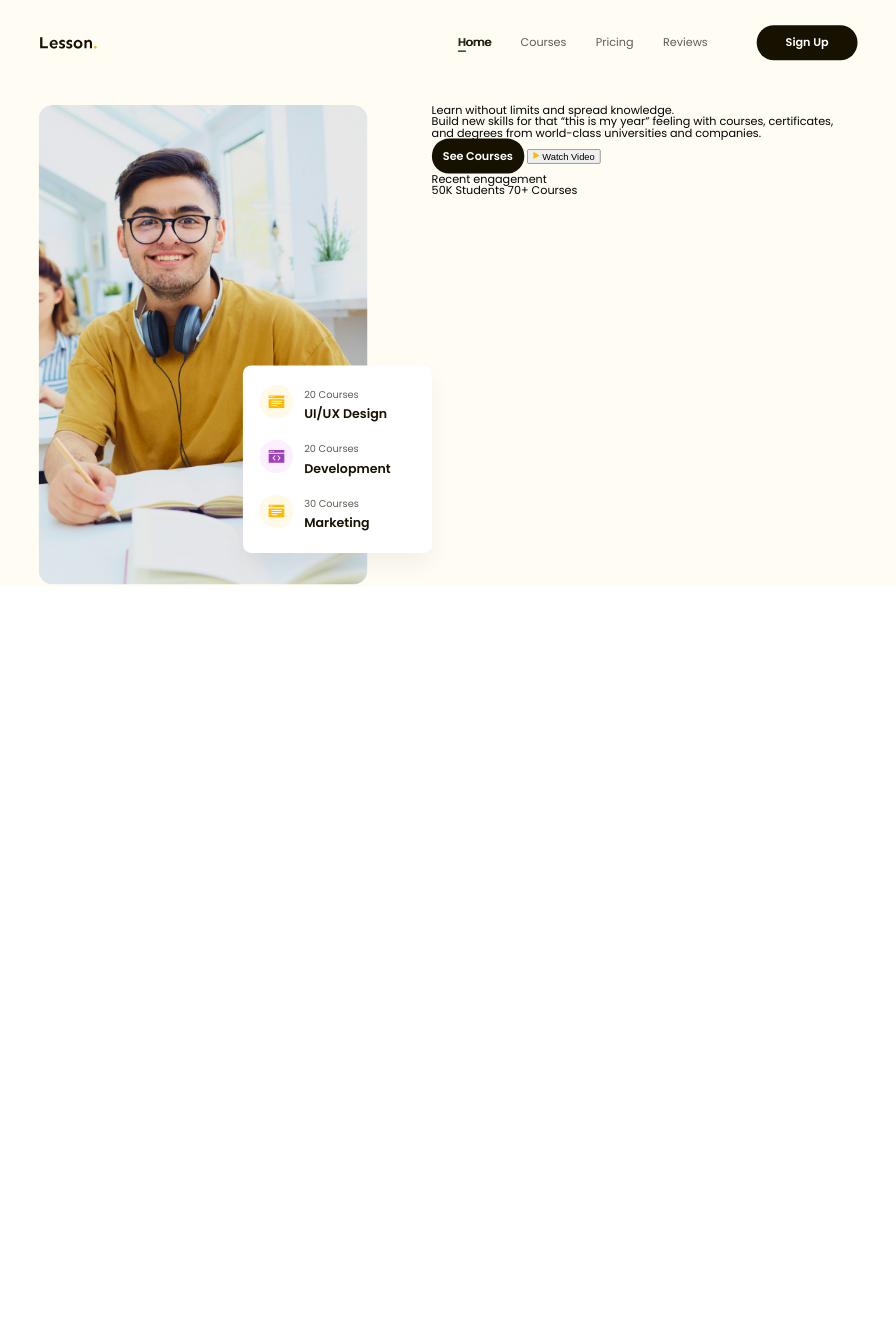
Repository: Tibi2003/f8-htmlcss-02
Page: index.html
An editor plug-in stored every save of this project. The page is shown before and after the next save, followed by the edit.
The browser window is 1280 px wide. The pictures show the part of the page from y = 0 to 1920 px (the page is 5000 px tall), at 70% of full size.

Above is the page before, as saved 2024-03-07 10:11:40.

After the next save:
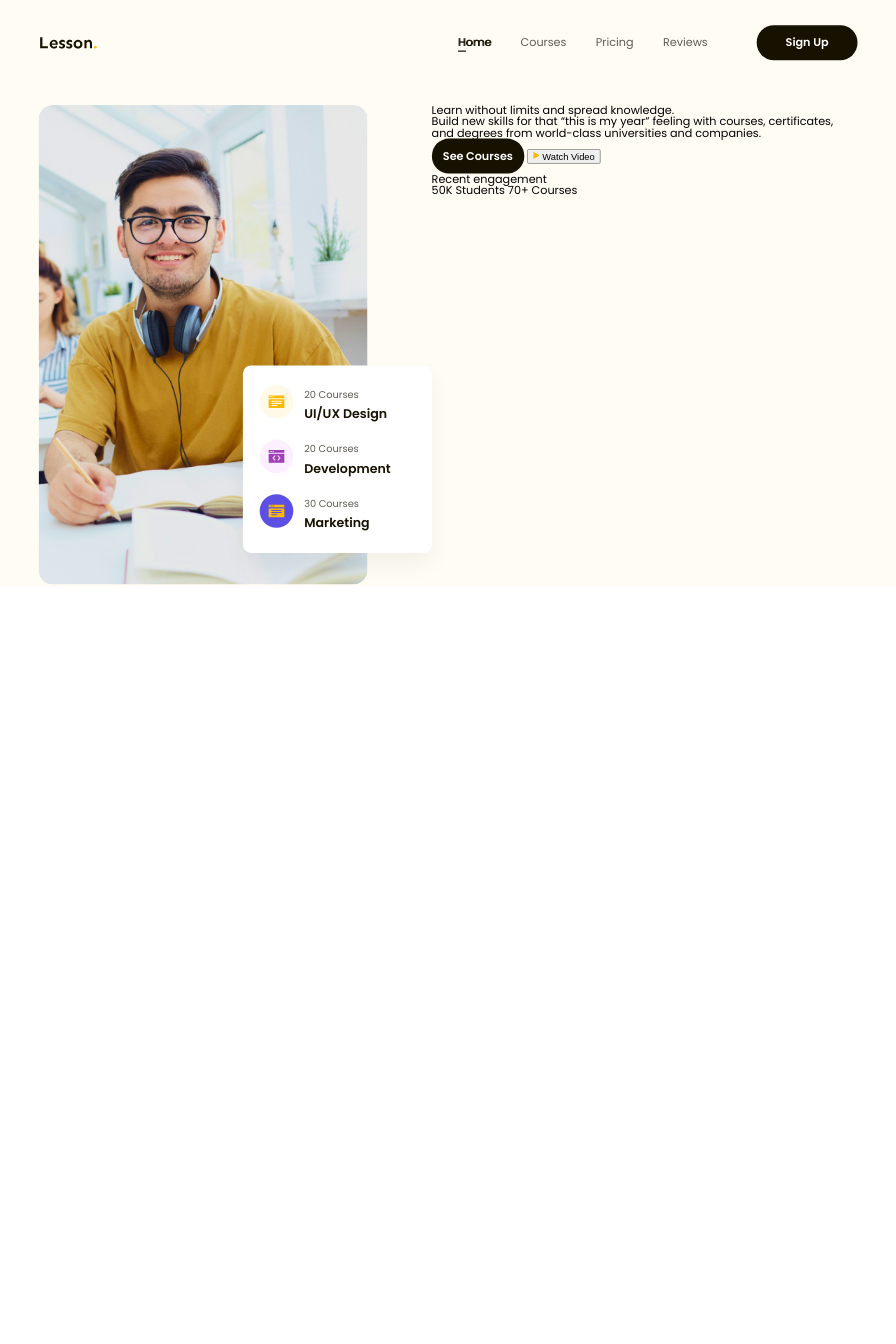
Saved 20 s later.
--- a/assets/css/styles.css
+++ b/assets/css/styles.css
@@ -139,6 +139,10 @@ a {
 	background: #fcefff;
 }
 
+.hero-summary .item:nth-child(3) .icon {
+	background: #5c50e4;
+}
+
 .hero-summary .icon {
 	width: 48px;
 	height: 48px;
